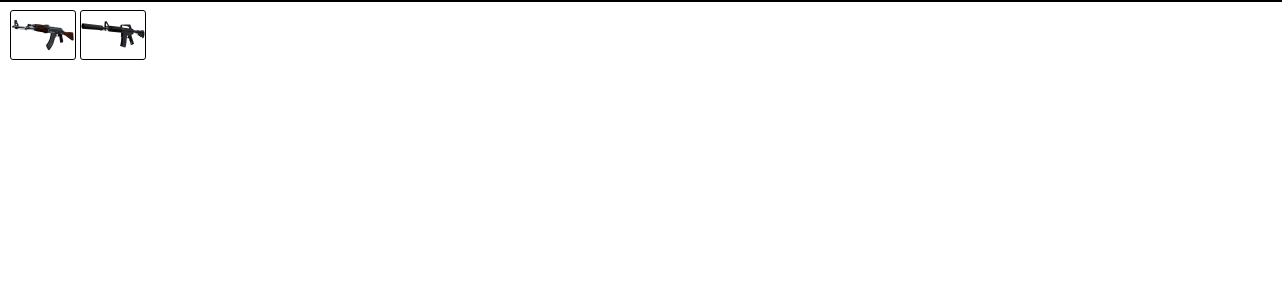
Repository: JerAguilon/GunSprayer
Page: Eclipse/SprayAndPray/index.html
An editor plug-in stored every save of this project. The page is shown before and after the next save, followed by the edit.
The browser window is 1280 px wide. The page is 1282 px wide, then 1280 px, then 1282 px, so the pictures cover 1282 px, including what lies to the right of the window. The pictures show the whole page.

Above is the page before, as saved 2015-08-01 04:00:39.

After the next save:
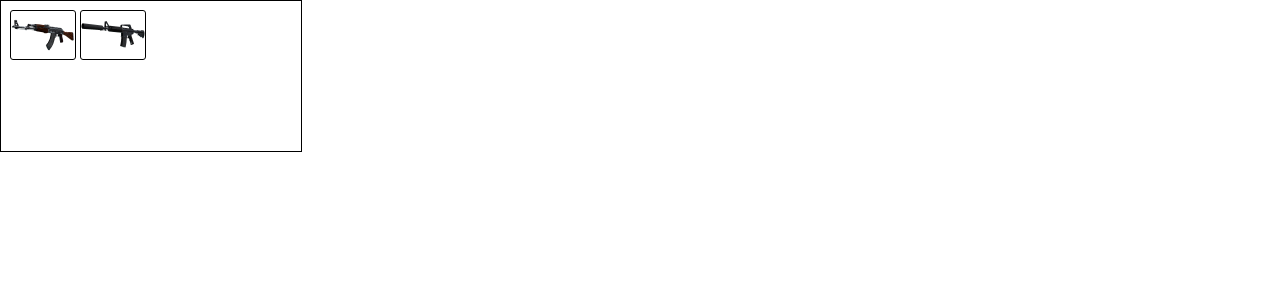
Console error: SyntaxError: Invalid or unexpected token
Saved 24 s later.
--- a/Eclipse/SprayAndPray/js/sprayer.js
+++ b/Eclipse/SprayAndPray/js/sprayer.js
@@ -3,8 +3,8 @@
 
 var sketch = document.querySelector('#sketch');
 var sketch_style = getComputedStyle(sketch);
-canvas.width = parseInt(sketch_style.getPropertyValue('width'));
-canvas.height = parseInt(sketch_style.getPropertyValue('height'));
+canvas.width = 500px;
+canvas.height = 500px;
 
 var mouse = {x: 0, y: 0};
 

After the 3 saves that followed:
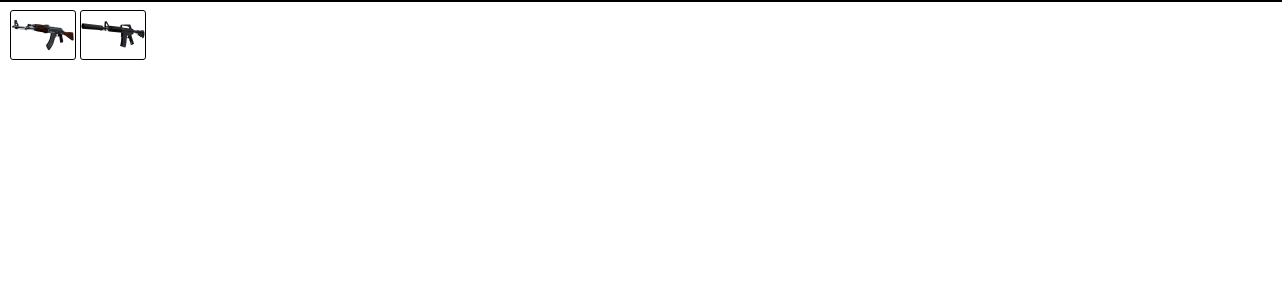
The error is gone.
The 3 saves are shown as one change because 2 left the picture as it was.
The last was saved 74 s later.
--- a/Eclipse/SprayAndPray/js/sprayer.js
+++ b/Eclipse/SprayAndPray/js/sprayer.js
@@ -3,9 +3,8 @@
 
 var sketch = document.querySelector('#sketch');
 var sketch_style = getComputedStyle(sketch);
-canvas.width = 500px;
-canvas.height = 500px;
-
+canvas.width = parseInt(sketch_style.getPropertyValue('width'));
+canvas.height = parseInt(sketch_style.getPropertyValue('height'));
 var mouse = {x: 0, y: 0};
 
 /* Mouse Capturing Work */
